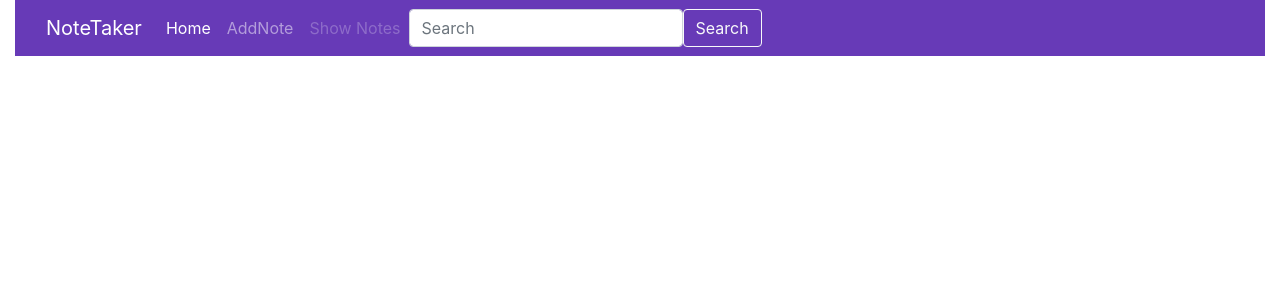
Repository: Mayank-SDE/Projects
Page: http://localhost/NoteTakerTodoApp/
These files come from the project's save history. The page is drawn as it stood at one moment and after the next save; the edit follows.
The browser window is 1280 px wide. The pictures show the whole page.
Some web libraries are served in a nearby version. The page is served by Tomcat 9. Other server files are loaded and not shown.

Above is the page before, as saved 2022-02-10 15:26:54.

### NoteTaker/NoteTakerTodoApp/src/main/webapp/index.jsp
<!doctype html>
<html lang="en">
  <head>
    <!-- Required meta tags -->
    <meta charset="utf-8">
    <meta name="viewport" content="width=device-width, initial-scale=1, shrink-to-fit=no">

    <!-- Bootstrap CSS -->
    <link rel="stylesheet" href="https://maxcdn.bootstrapcdn.com/bootstrap/4.0.0/css/bootstrap.min.css" integrity="sha384-Gn5384xqQ1aoWXA+058RXPxPg6fy4IWvTNh0E263XmFcJlSAwiGgFAW/dAiS6JXm" crossorigin="anonymous">

<link href="css/style.css" rel="stylesheet">
    <title>Hello, world!</title>
  </head>
  <body>

   <div class="container-fluid">

   <%@ include file="navbar.jsp"%>

   </div>

    <!-- Optional JavaScript -->
    <!-- jQuery first, then Popper.js, then Bootstrap JS -->
    <script src="https://code.jquery.com/jquery-3.2.1.slim.min.js" integrity="sha384-KJ3o2DKtIkvYIK3UENzmM7KCkRr/rE9/Qpg6aAZGJwFDMVNA/GpGFF93hXpG5KkN" crossorigin="anonymous"></script>
    <script src="https://cdnjs.cloudflare.com/ajax/libs/popper.js/1.12.9/umd/popper.min.js" integrity="sha384-ApNbgh9B+Y1QKtv3Rn7W3mgPxhU9K/ScQsAP7hUibX39j7fakFPskvXusvfa0b4Q" crossorigin="anonymous"></script>
    <script src="https://maxcdn.bootstrapcdn.com/bootstrap/4.0.0/js/bootstrap.min.js" integrity="sha384-JZR6Spejh4U02d8jOt6vLEHfe/JQGiRRSQQxSfFWpi1MquVdAyjUar5+76PVCmYl" crossorigin="anonymous"></script>
  </body>
</html>

### NoteTaker/NoteTakerTodoApp/src/main/webapp/navbar.jsp
<nav class="navbar navbar-expand-lg navbar-dark  purple">
  <div class="container-fluid">
    <a class="navbar-brand" href="#">NoteTaker</a>
    <button class="navbar-toggler" type="button" data-bs-toggle="collapse" data-bs-target="#navbarSupportedContent" aria-controls="navbarSupportedContent" aria-expanded="false" aria-label="Toggle navigation">
      <span class="navbar-toggler-icon"></span>
    </button>
    <div class="collapse navbar-collapse" id="navbarSupportedContent">
      <ul class="navbar-nav me-auto mb-2 mb-lg-0">
        <li class="nav-item">
          <a class="nav-link active" aria-current="page" href="#">Home</a>
        </li>
        <li class="nav-item">
          <a class="nav-link" href="#">AddNote</a>
        </li>

        <li class="nav-item">
          <a class="nav-link disabled" href="#" tabindex="-1" aria-disabled="true">Show Notes</a>
        </li>
      </ul>
      <form class="d-flex">
        <input class="form-control me-2" type="search" placeholder="Search" aria-label="Search">
        <button class="btn btn-outline-light" type="submit">Search</button>
      </form>
    </div>
  </div>
</nav>

### NoteTaker/NoteTakerTodoApp/src/main/webapp/css/style.css

.purple
{
	background:#673ab7;
}

After the next save:
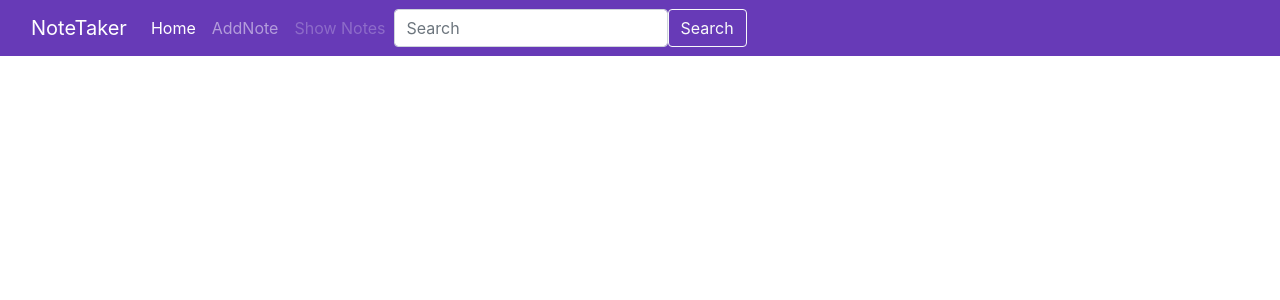
Saved 24 s later.
--- a/NoteTaker/NoteTakerTodoApp/src/main/webapp/index.jsp
+++ b/NoteTaker/NoteTakerTodoApp/src/main/webapp/index.jsp
@@ -13,7 +13,7 @@
   </head>
   <body>
 
-   <div class="container-fluid">
+   <div class="container-fluid p-0 m-0">
 
    <%@ include file="navbar.jsp"%>
 
